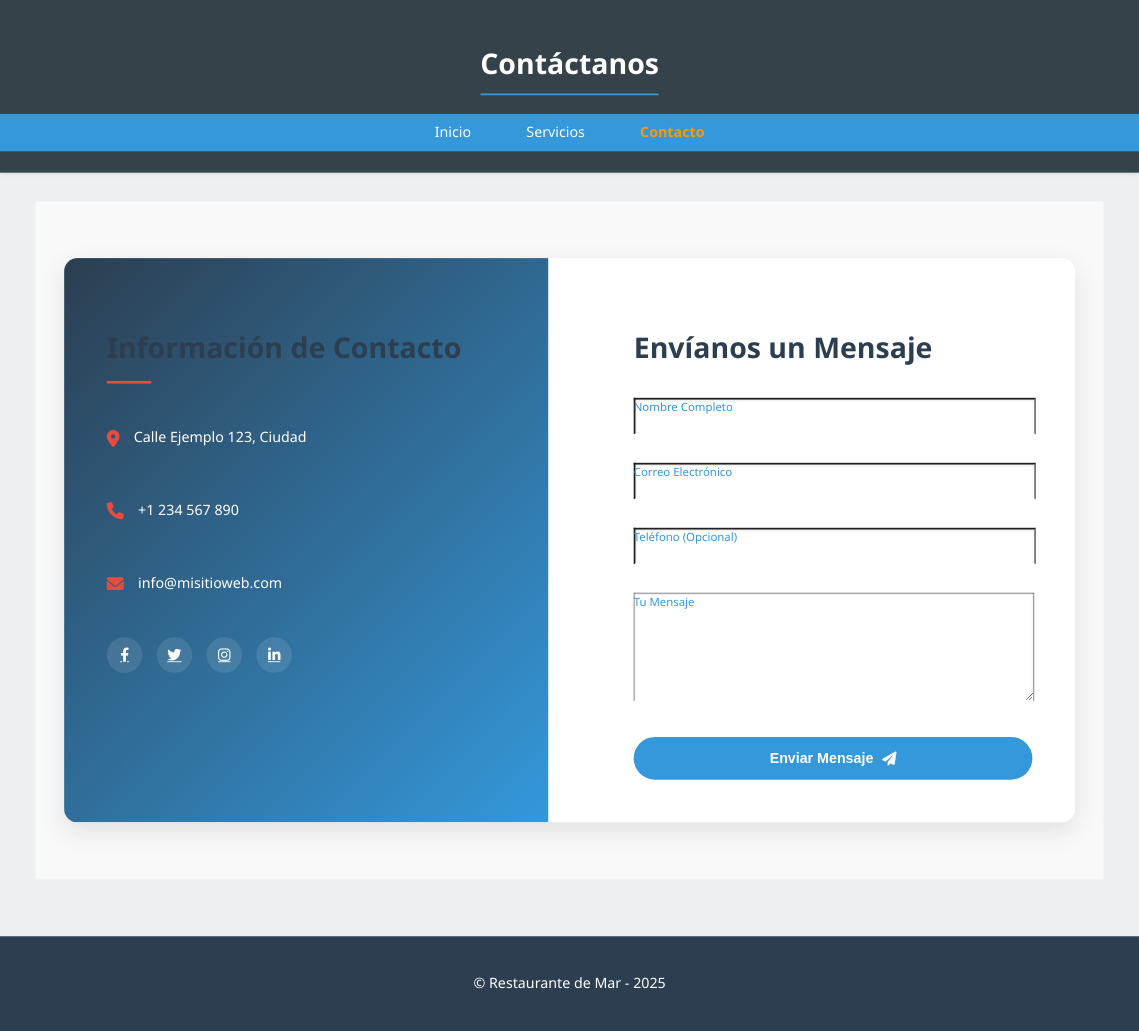
Repository: Sevanjo/Pagina_web
Page: HTML/contacto.html
These files come from the project's save history. The page is drawn as it stood at one moment and after the next save; the edit follows.
The browser window is 1280 px wide. The pictures show the whole page, at 89% of full size.

Above is the page before, as saved 2025-05-04 19:34:18.
Console error: TypeError: Cannot read properties of null (reading 'addEventListener')

### HTML/contacto.html
<!DOCTYPE html>
<html lang="es">
<head>
    <meta charset="UTF-8">
    <meta name="viewport" content="width=device-width, initial-scale=1.0">
    <title>Contacto | Restaurante de Mar - Reservas y ubicación</title>
    <meta name="description" content="Dirección, horarios y formulario de reservas. ¡Visítanos o llámanos al [+1 234 567 890]!">
    <link rel="stylesheet" href="../CSS/styles.css">
    <link rel="stylesheet" href="https://cdnjs.cloudflare.com/ajax/libs/font-awesome/6.0.0/css/all.min.css">
</head>
<body>
    <div class="loader"></div>

    <header>
        <h1>Contáctanos</h1>
        <nav>
            <ul>
                <li><a href="index.html">Inicio</a></li>
                <li><a href="servicios.html">Servicios</a></li>
                <li><a href="contacto.html">Contacto</a></li>
            </ul>
        </nav>
    </header>

    <main>
        <section class="contact-section">
            <div class="contact-container">
                <div class="contact-info">
                    <h2>Información de Contacto</h2>
                    <div class="info-item">
                        <i class="fas fa-map-marker-alt"></i>
                        <p>Calle Ejemplo 123, Ciudad</p>
                    </div>
                    <div class="info-item">
                        <i class="fas fa-phone"></i>
                        <p>+1 234 567 890</p>
                    </div>
                    <div class="info-item">
                        <i class="fas fa-envelope"></i>
                        <p>info@misitioweb.com</p>
                    </div>
                    <div class="social-links">
                        <a href="#"><i class="fab fa-facebook-f"></i></a>
                        <a href="#"><i class="fab fa-twitter"></i></a>
                        <a href="#"><i class="fab fa-instagram"></i></a>
                        <a href="#"><i class="fab fa-linkedin-in"></i></a>
                    </div>
                </div>

                <form id="contactForm" class="contact-form">
                    <h2>Envíanos un Mensaje</h2>

                    <div class="form-group">
                        <input type="text" id="name" name="name" required>
                        <label for="name">Nombre Completo</label>
                        <span class="focus-border"></span>
                        <div class="error-message" id="name-error"></div>
                    </div>

                    <div class="form-group">
                        <input type="email" id="email" name="email" required>
                        <label for="email">Correo Electrónico</label>
                        <span class="focus-border"></span>
                        <div class="error-message" id="email-error"></div>
                    </div>

                    <div class="form-group">
                        <input type="tel" id="phone" name="phone">
                        <label for="phone">Teléfono (Opcional)</label>
                        <span class="focus-border"></span>
                    </div>

                    <div class="form-group">
                        <textarea id="message" name="message" rows="5" required></textarea>
                        <label for="message">Tu Mensaje</label>
                        <span class="focus-border"></span>
                        <div class="error-message" id="message-error"></div>
                    </div>

                    <button type="submit" class="submit-btn">
                        <span>Enviar Mensaje</span>
                        <i class="fas fa-paper-plane"></i>
                    </button>

                    <div id="form-success" class="success-message">
                        <i class="fas fa-check-circle"></i>
                        <p>¡Mensaje enviado con éxito! Nos pondremos en contacto pronto.</p>
                    </div>
                </form>
            </div>
        </section>
    </main>

    <footer>
        <p>&copy; Restaurante de Mar - 2025</p>
    </footer>

    <script src="js/script.js"></script>
</body>
</html>

Loaded but not shown: JS/script.js (169 lines, source omitted); CSS/styles.css (522 lines, source omitted)

After the next save:
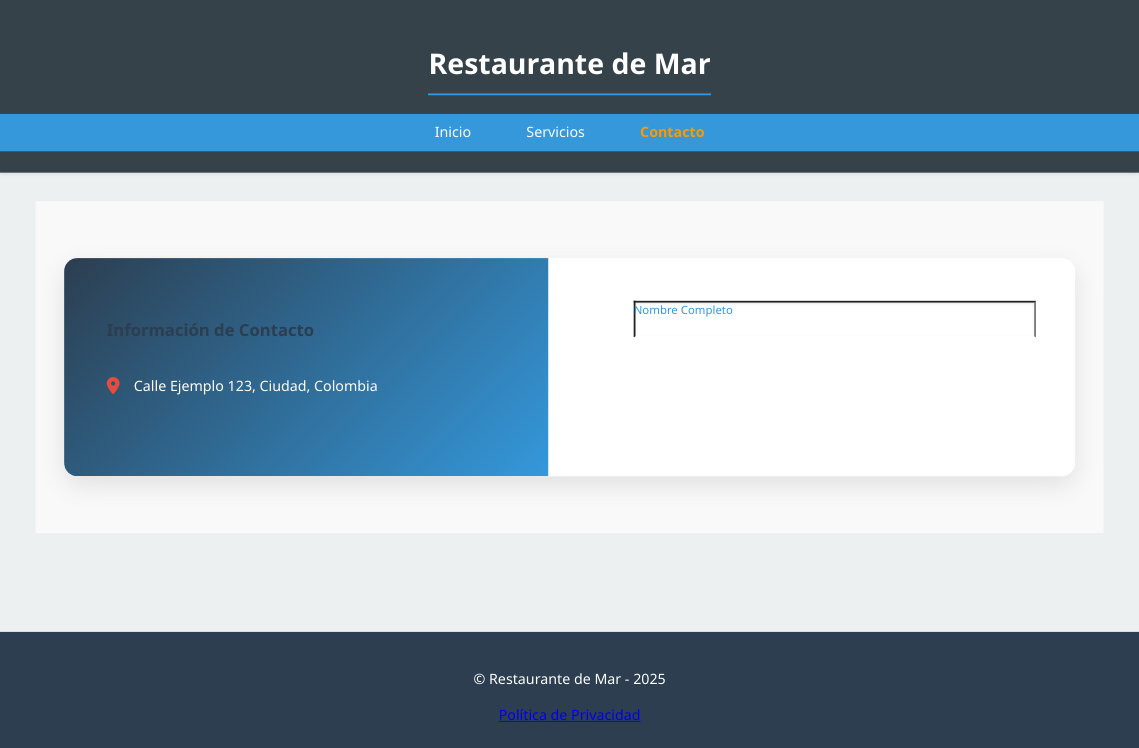
Saved 2 min 10 s later.
--- a/HTML/contacto.html
+++ b/HTML/contacto.html
@@ -3,88 +3,55 @@
 <head>
     <meta charset="UTF-8">
     <meta name="viewport" content="width=device-width, initial-scale=1.0">
-    <title>Contacto | Restaurante de Mar - Reservas y ubicación</title>
-    <meta name="description" content="Dirección, horarios y formulario de reservas. ¡Visítanos o llámanos al [+1 234 567 890]!">
+    <title>Contacto | Restaurante de Mar - Reservas y ubicación en Colombia</title>
+    <meta name="description" content="Dirección, horarios y formulario de reservas. ¡Visítanos en Calle Ejemplo 123 o llámanos al +1 234 567 890!">
+    <link rel="preload" href="../CSS/styles.css" as="style">
     <link rel="stylesheet" href="../CSS/styles.css">
     <link rel="stylesheet" href="https://cdnjs.cloudflare.com/ajax/libs/font-awesome/6.0.0/css/all.min.css">
+    <script type="application/ld+json">
+    {
+        "@context": "https://schema.org",
+        "@type": "Restaurant",
+        "name": "Restaurante de Mar",
+        "address": {
+            "@type": "PostalAddress",
+            "streetAddress": "Calle Ejemplo 123",
+            "addressLocality": "Ciudad",
+            "addressCountry": "Colombia"
+        },
+        "telephone": "+1234567890",
+        "openingHours": "Mo-Fr 08:00-22:00, Sa-Su 24:00"
+    }
+    </script>
 </head>
 <body>
-    <div class="loader"></div>
-
+    <div class="loader" aria-hidden="true"></div>
     <header>
-        <h1>Contáctanos</h1>
+        <h1>Restaurante de Mar</h1>
         <nav>
             <ul>
                 <li><a href="index.html">Inicio</a></li>
                 <li><a href="servicios.html">Servicios</a></li>
-                <li><a href="contacto.html">Contacto</a></li>
+                <li><a href="contacto.html" aria-current="page">Contacto</a></li>
             </ul>
         </nav>
     </header>
-
     <main>
-        <section class="contact-section">
+        <section class="contact-section" aria-labelledby="contacto-heading">
+            <h2 id="contacto-heading" class="sr-only">Formulario de Contacto</h2>
             <div class="contact-container">
                 <div class="contact-info">
-                    <h2>Información de Contacto</h2>
+                    <h3>Información de Contacto</h3>
                     <div class="info-item">
-                        <i class="fas fa-map-marker-alt"></i>
-                        <p>Calle Ejemplo 123, Ciudad</p>
-                    </div>
-                    <div class="info-item">
-                        <i class="fas fa-phone"></i>
-                        <p>+1 234 567 890</p>
-                    </div>
-                    <div class="info-item">
-                        <i class="fas fa-envelope"></i>
-                        <p>info@misitioweb.com</p>
-                    </div>
-                    <div class="social-links">
-                        <a href="#"><i class="fab fa-facebook-f"></i></a>
-                        <a href="#"><i class="fab fa-twitter"></i></a>
-                        <a href="#"><i class="fab fa-instagram"></i></a>
-                        <a href="#"><i class="fab fa-linkedin-in"></i></a>
+                        <i class="fas fa-map-marker-alt" aria-hidden="true"></i>
+                        <p itemprop="address">Calle Ejemplo 123, Ciudad, Colombia</p>
                     </div>
                 </div>
-
-                <form id="contactForm" class="contact-form">
-                    <h2>Envíanos un Mensaje</h2>
-
+                <form id="contactForm" class="contact-form" netlify>
+                    <input type="text" name="honeypot" style="display: none;" tabindex="-1">
                     <div class="form-group">
-                        <input type="text" id="name" name="name" required>
+                        <input type="text" id="name" name="name" required autocomplete="name" aria-describedby="name-error">
                         <label for="name">Nombre Completo</label>
-                        <span class="focus-border"></span>
-                        <div class="error-message" id="name-error"></div>
-                    </div>
-
-                    <div class="form-group">
-                        <input type="email" id="email" name="email" required>
-                        <label for="email">Correo Electrónico</label>
-                        <span class="focus-border"></span>
-                        <div class="error-message" id="email-error"></div>
-                    </div>
-
-                    <div class="form-group">
-                        <input type="tel" id="phone" name="phone">
-                        <label for="phone">Teléfono (Opcional)</label>
-                        <span class="focus-border"></span>
-                    </div>
-
-                    <div class="form-group">
-                        <textarea id="message" name="message" rows="5" required></textarea>
-                        <label for="message">Tu Mensaje</label>
-                        <span class="focus-border"></span>
-                        <div class="error-message" id="message-error"></div>
-                    </div>
-
-                    <button type="submit" class="submit-btn">
-                        <span>Enviar Mensaje</span>
-                        <i class="fas fa-paper-plane"></i>
-                    </button>
-
-                    <div id="form-success" class="success-message">
-                        <i class="fas fa-check-circle"></i>
-                        <p>¡Mensaje enviado con éxito! Nos pondremos en contacto pronto.</p>
                     </div>
                 </form>
             </div>
@@ -93,8 +60,11 @@
 
     <footer>
         <p>&copy; Restaurante de Mar - 2025</p>
+        <div class="footer-links">
+            <a href="politica-privacidad.html">Política de Privacidad</a>
+        </div>
     </footer>
 
-    <script src="js/script.js"></script>
+    <script src="../js/script.js" defer></script>
 </body>
 </html>

After the save that followed:
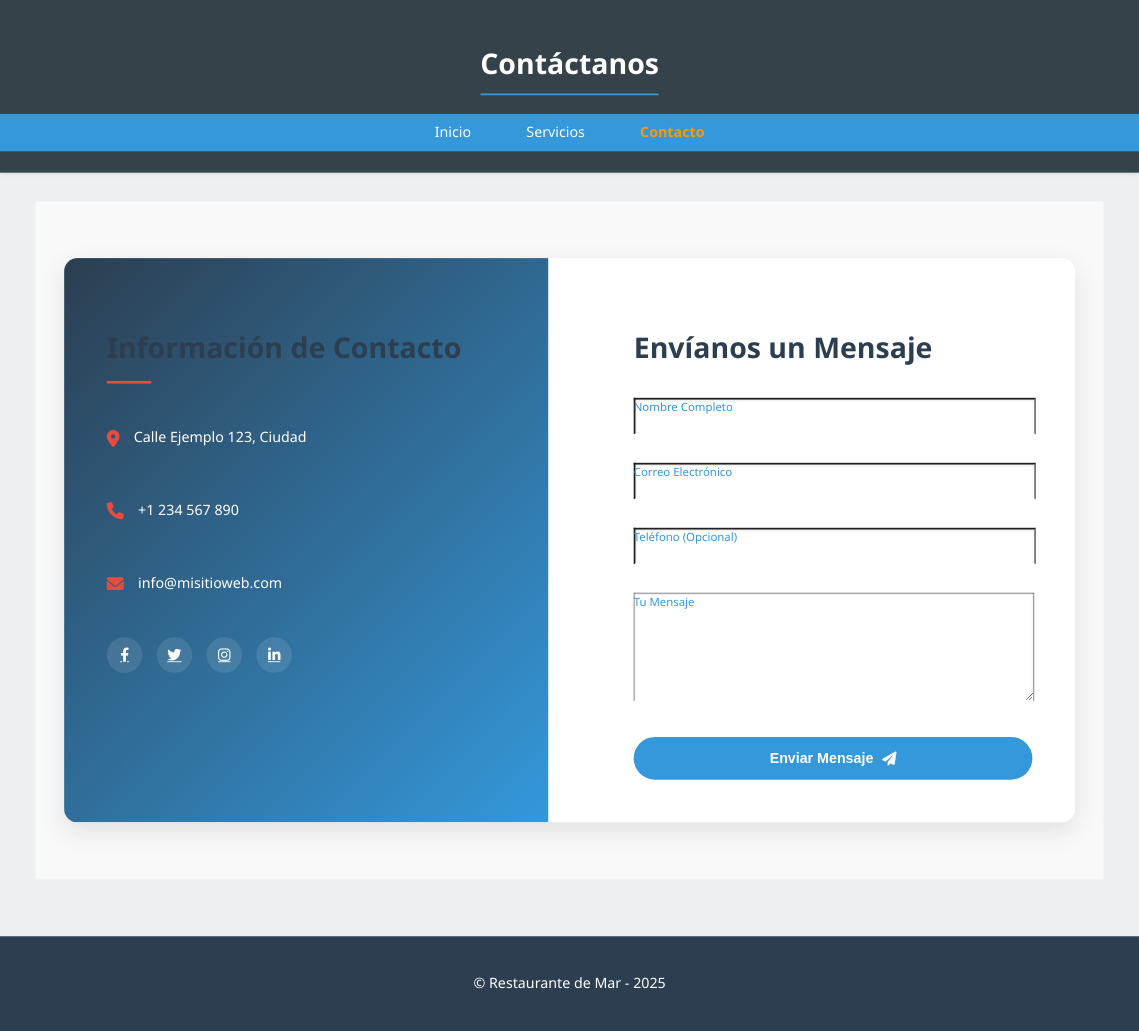
Saved 32 s later.
--- a/HTML/contacto.html
+++ b/HTML/contacto.html
@@ -3,55 +3,87 @@
 <head>
     <meta charset="UTF-8">
     <meta name="viewport" content="width=device-width, initial-scale=1.0">
-    <title>Contacto | Restaurante de Mar - Reservas y ubicación en Colombia</title>
-    <meta name="description" content="Dirección, horarios y formulario de reservas. ¡Visítanos en Calle Ejemplo 123 o llámanos al +1 234 567 890!">
-    <link rel="preload" href="../CSS/styles.css" as="style">
+    <title>Contacto | Restaurante de Mar - Reservas y ubicación</title>
+    <meta name="description" content="Dirección, horarios y formulario de reservas. ¡Visítanos o llámanos al [+1 234 567 890]!">
     <link rel="stylesheet" href="../CSS/styles.css">
     <link rel="stylesheet" href="https://cdnjs.cloudflare.com/ajax/libs/font-awesome/6.0.0/css/all.min.css">
-    <script type="application/ld+json">
-    {
-        "@context": "https://schema.org",
-        "@type": "Restaurant",
-        "name": "Restaurante de Mar",
-        "address": {
-            "@type": "PostalAddress",
-            "streetAddress": "Calle Ejemplo 123",
-            "addressLocality": "Ciudad",
-            "addressCountry": "Colombia"
-        },
-        "telephone": "+1234567890",
-        "openingHours": "Mo-Fr 08:00-22:00, Sa-Su 24:00"
-    }
-    </script>
 </head>
 <body>
-    <div class="loader" aria-hidden="true"></div>
+    <div class="loader"></div>
+
     <header>
-        <h1>Restaurante de Mar</h1>
+        <h1>Contáctanos</h1>
         <nav>
             <ul>
                 <li><a href="index.html">Inicio</a></li>
                 <li><a href="servicios.html">Servicios</a></li>
-                <li><a href="contacto.html" aria-current="page">Contacto</a></li>
+                <li><a href="contacto.html">Contacto</a></li>
             </ul>
         </nav>
     </header>
     <main>
-        <section class="contact-section" aria-labelledby="contacto-heading">
-            <h2 id="contacto-heading" class="sr-only">Formulario de Contacto</h2>
+        <section class="contact-section">
             <div class="contact-container">
                 <div class="contact-info">
-                    <h3>Información de Contacto</h3>
+                    <h2>Información de Contacto</h2>
                     <div class="info-item">
-                        <i class="fas fa-map-marker-alt" aria-hidden="true"></i>
-                        <p itemprop="address">Calle Ejemplo 123, Ciudad, Colombia</p>
+                        <i class="fas fa-map-marker-alt"></i>
+                        <p>Calle Ejemplo 123, Ciudad</p>
+                    </div>
+                    <div class="info-item">
+                        <i class="fas fa-phone"></i>
+                        <p>+1 234 567 890</p>
+                    </div>
+                    <div class="info-item">
+                        <i class="fas fa-envelope"></i>
+                        <p>info@misitioweb.com</p>
+                    </div>
+                    <div class="social-links">
+                        <a href="#"><i class="fab fa-facebook-f"></i></a>
+                        <a href="#"><i class="fab fa-twitter"></i></a>
+                        <a href="#"><i class="fab fa-instagram"></i></a>
+                        <a href="#"><i class="fab fa-linkedin-in"></i></a>
                     </div>
                 </div>
-                <form id="contactForm" class="contact-form" netlify>
-                    <input type="text" name="honeypot" style="display: none;" tabindex="-1">
+
+                <form id="contactForm" class="contact-form">
+                    <h2>Envíanos un Mensaje</h2>
+
                     <div class="form-group">
-                        <input type="text" id="name" name="name" required autocomplete="name" aria-describedby="name-error">
+                        <input type="text" id="name" name="name" required>
                         <label for="name">Nombre Completo</label>
+                        <span class="focus-border"></span>
+                        <div class="error-message" id="name-error"></div>
+                    </div>
+
+                    <div class="form-group">
+                        <input type="email" id="email" name="email" required>
+                        <label for="email">Correo Electrónico</label>
+                        <span class="focus-border"></span>
+                        <div class="error-message" id="email-error"></div>
+                    </div>
+
+                    <div class="form-group">
+                        <input type="tel" id="phone" name="phone">
+                        <label for="phone">Teléfono (Opcional)</label>
+                        <span class="focus-border"></span>
+                    </div>
+
+                    <div class="form-group">
+                        <textarea id="message" name="message" rows="5" required></textarea>
+                        <label for="message">Tu Mensaje</label>
+                        <span class="focus-border"></span>
+                        <div class="error-message" id="message-error"></div>
+                    </div>
+
+                    <button type="submit" class="submit-btn">
+                        <span>Enviar Mensaje</span>
+                        <i class="fas fa-paper-plane"></i>
+                    </button>
+
+                    <div id="form-success" class="success-message">
+                        <i class="fas fa-check-circle"></i>
+                        <p>¡Mensaje enviado con éxito! Nos pondremos en contacto pronto.</p>
                     </div>
                 </form>
             </div>
@@ -60,11 +92,7 @@
 
     <footer>
         <p>&copy; Restaurante de Mar - 2025</p>
-        <div class="footer-links">
-            <a href="politica-privacidad.html">Política de Privacidad</a>
-        </div>
     </footer>
-
-    <script src="../js/script.js" defer></script>
+    <script src="js/script.js"></script>
 </body>
 </html>
